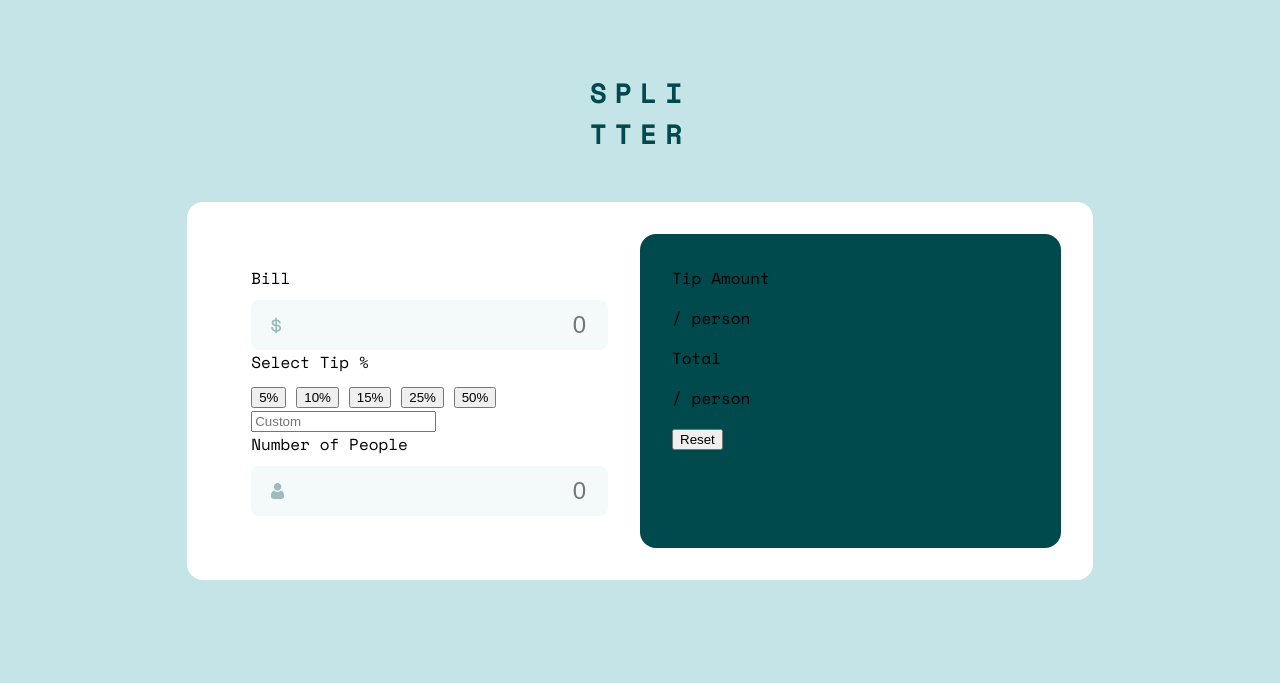
Repository: Jay-JYKim91/FM_tip-calculator
Page: index.html
These files come from the project's save history. The page is drawn as it stood at one moment and after the next save; the edit follows.
The browser window is 1280 px wide. The pictures show the whole page.

Above is the page before, as saved 2021-12-21 21:46:21.

### index.html
<!DOCTYPE html>
<html lang="en">
<head>
  <meta charset="UTF-8">
  <meta name="viewport" content="width=device-width, initial-scale=1.0"> <!-- displays site properly based on user's device -->

  <link rel="icon" type="image/png" sizes="32x32" href="./images/favicon-32x32.png">

  <title>Tip calculator</title>
  <link rel="preconnect" href="https://fonts.googleapis.com">
  <link rel="preconnect" href="https://fonts.gstatic.com" crossorigin>
  <link href="https://fonts.googleapis.com/css2?family=Space+Mono:wght@400;700&display=swap" rel="stylesheet">
  <!-- <link rel="stylesheet" href="https://cdnjs.cloudflare.com/ajax/libs/normalize/8.0.1/normalize.min.css" integrity="sha512-NhSC1YmyruXifcj/KFRWoC561YpHpc5Jtzgvbuzx5VozKpWvQ+4nXhPdFgmx8xqexRcpAglTj9sIBWINXa8x5w==" crossorigin="anonymous" referrerpolicy="no-referrer" /> -->
  <link rel="stylesheet" href="style.css">
  <script src="main.js" defer></script>

</head>
<body>
  <main class="container">
    <h1 class="main_title">Spli<br>tter</h1>
    <section class="calculator_wrapper">
      <article class="input_wrapper">
        <div>
          <p class="title">Bill</p>
          <div class="input_form">
            <img src="./images/icon-dollar.svg" alt="dollar">
            <input type="tel" placeholder="0">
          </div>
        </div>
        <div>
          <p class="title">Select Tip %</p>
          <div class="tip_options">
            <button class="tip_option">5%</button>
            <button class="tip_option">10%</button>
            <button class="tip_option">15%</button>
            <button class="tip_option">25%</button>
            <button class="tip_option">50%</button>
            <input type="tel" id="custom_tip" class="tip_option" placeholder="Custom" autocomplete="off">
          </div>
        </div>
        <div>
          <p class="title">Number of People</p>
          <div class="input_form">
            <img src="./images/icon-person.svg" alt="person">
            <input type="tel" placeholder="0">
          </div>
        </div>
      </article>
      <article class="result_wrapper">
        <div class="result_rows">
          <div class="result_row">
            <div class="result_title_wrapper">
              <p class="title">Tip Amount</p>
              <p class="subtitle">/ person</p>
            </div>
            <p id="tipAmountPrice"></p>
          </div>
          <div class="result_row">
            <div class="result_title_wrapper">
              <p class="title">Total</p>
              <p class="subtitle">/ person</p>
            </div>
            <p id="totalPrice"></p>
          </div>
        </div>
        <div>
          <button>Reset</button>
        </div>
      </article>
    </section>
  </main>
</body>
</html>

### style.css
:root {
  --body-font: "Space Mono", monospace;

  --strong-cyan: hsl(172, 67%, 45%);
  --very-dark-cyan: hsl(183, 100%, 15%);
  --dark-grayish-cyan: hsl(186, 14%, 43%);
  --dark-grayish-cyan: hsl(184, 14%, 56%);
  --light-grayish-cyan1: hsl(185, 41%, 84%);
  --light-grayish-cyan2: hsl(189, 41%, 97%);
  --white: hsl(0, 0%, 100%);
}
body {
  background-color: var(--light-grayish-cyan1);
  font-family: var(--body-font);
}
.container {
  margin: 10vh 14vw;
}
.main_title {
  margin: 3rem;
  text-align: center;
  text-transform: uppercase;
  letter-spacing: 8px;
  color: var(--very-dark-cyan);
  font-size: 1.75rem;
}
.calculator_wrapper {
  background-color: var(--white);
  display: flex;
  justify-content: space-between;
  padding: 2rem;
  border-radius: 1rem;
}
.input_wrapper {
  flex-basis: 50%;
  padding: 2em;
}
.title {
  margin: 0 0 10px 0;
}
.input_form {
  display: flex;
  align-items: center;
  justify-content: space-between;
  background-color: var(--light-grayish-cyan2);
  padding: 10px 20px;
  border-radius: 0.5rem;
}
.input_form input {
  width: 90%;
  font-size: 24px;
  border: none;
  background-color: var(--light-grayish-cyan2);
  text-align: right;
  color: var(--very-dark-cyan);
}
.input_form input:focus {
  outline: none;
}
.result_wrapper {
  background-color: var(--very-dark-cyan);
  flex-basis: 50%;
  border-radius: 1rem;
  padding: 2em;
}

/* Tablet size */
@media (min-width: 768px) and (max-width: 1023px) {
}

/* Mobile size */
@media (max-width: 767px) {
}

Loaded but not shown: main.js (empty)

After the next save:
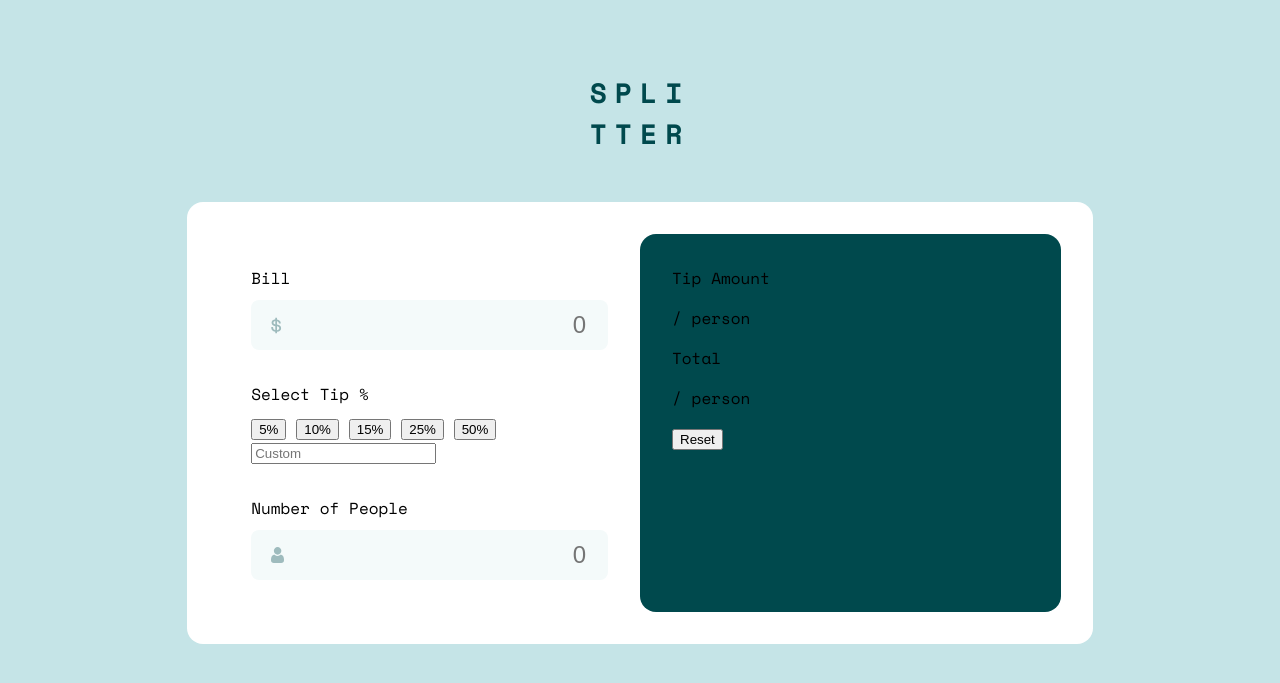
Saved 56 s later.
--- a/style.css
+++ b/style.css
@@ -35,6 +35,12 @@ body {
   flex-basis: 50%;
   padding: 2em;
 }
+.input_wrapper div {
+  margin-bottom: 2rem;
+}
+.input_wrapper div:last-child {
+  margin-bottom: 0;
+}
 .title {
   margin: 0 0 10px 0;
 }
